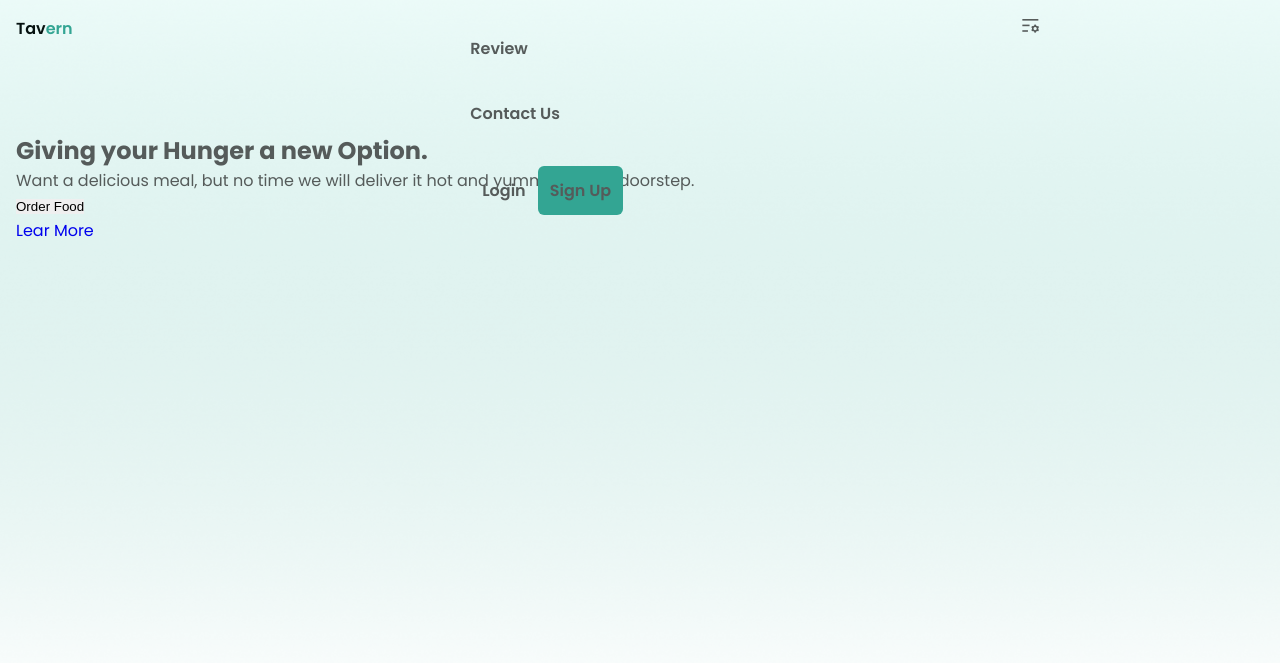
Repository: haokiet2501/tavern-restaurant-landing-page
Page: index.html
The author's editor kept a copy of each file at every save. The page is drawn from the files as they stood at one save, then again after a run of saves.
The browser window is 1280 px wide. The pictures show the whole page.
The style sheet was rebuilt from its Sass, Less or Tailwind sources for each picture, by a compiler version that may differ from the author's.

Above is the page before, as saved 2022-07-01 16:06:23.

After the next 2 saves:
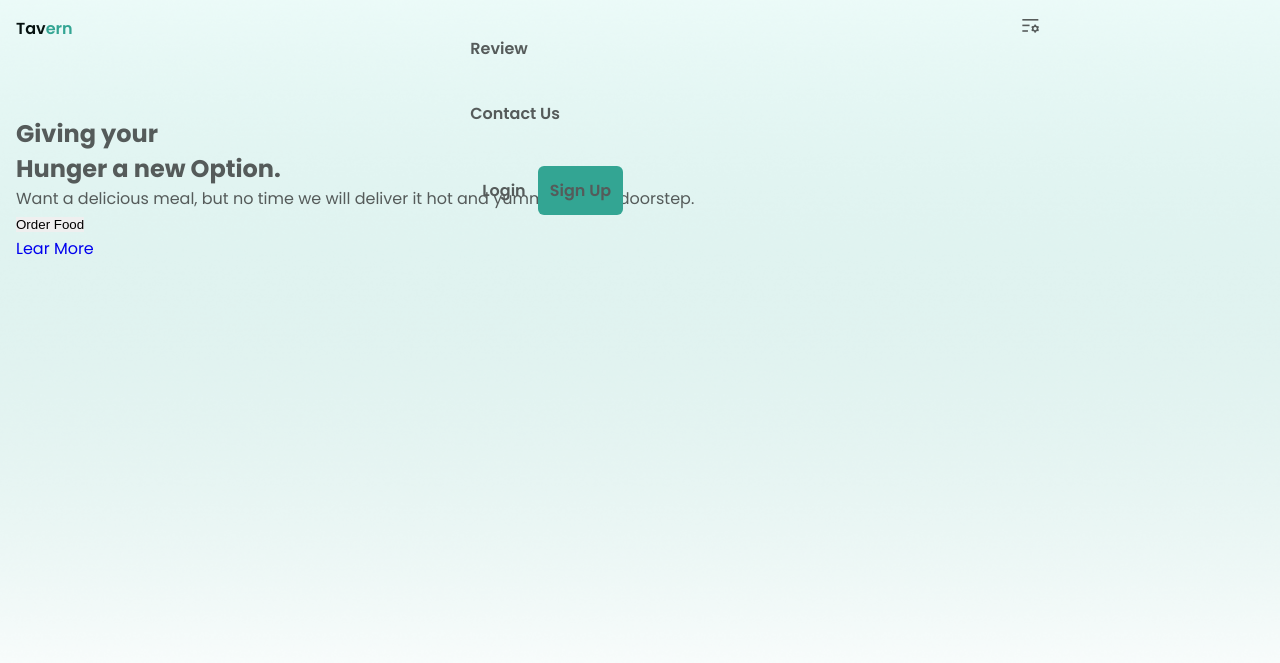
The 2 saves are shown as one change because they came seconds apart.
The last was saved 70 s later.
--- a/index.html
+++ b/index.html
@@ -57,7 +57,7 @@
                 <div class="home__layouts">
                     <div class="home__data">
                         <div class="home__heading">
-                            <h2>Giving your Hunger a new Option.</h2>
+                            <h2>Giving your <br> Hunger a new Option.</h2>
                         </div>
                         <div class="home__subtext">
                             Want a delicious meal, but no time we will deliver it hot and yummy to your doorstep.
